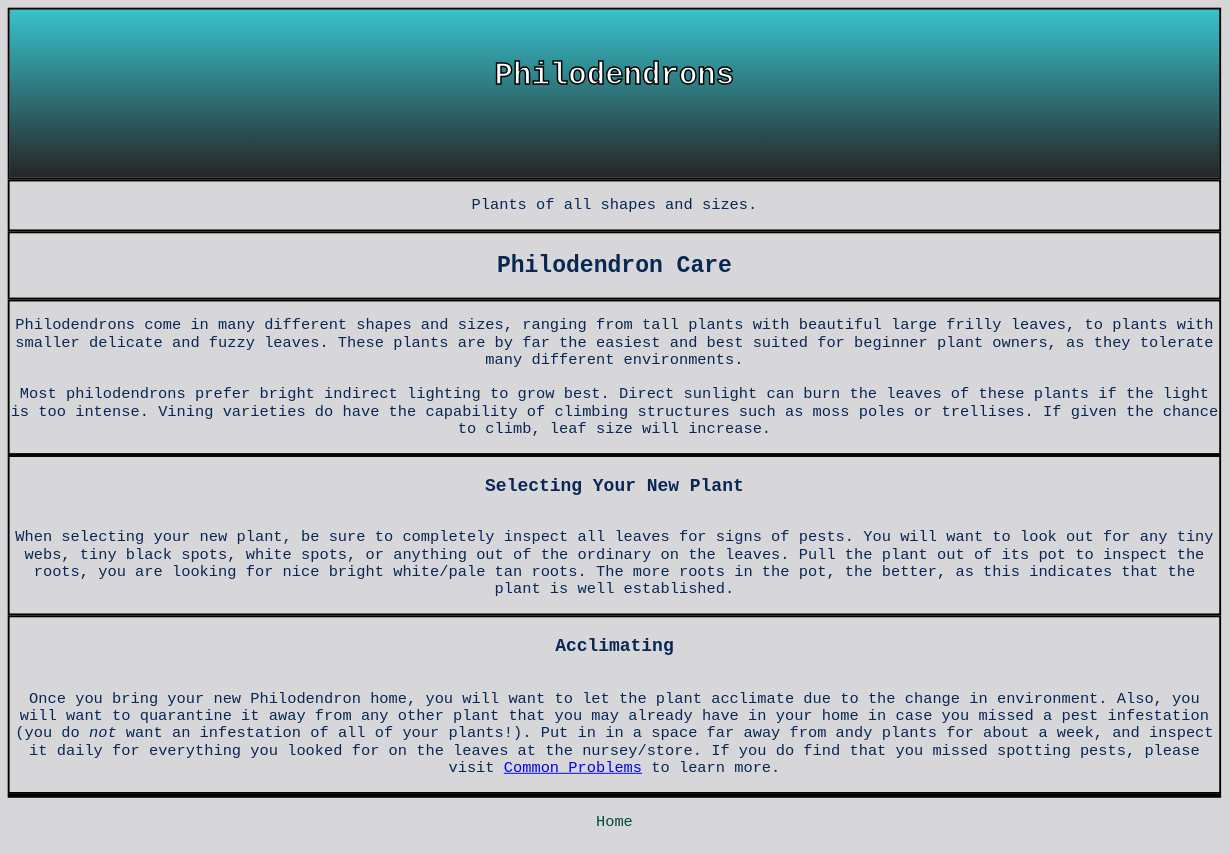
Repository: swillis91/odin-recipies
Page: Planty Page/philodendrons.html
These files come from the project's save history. The page is drawn as it stood at one moment and after the next save; the edit follows.
The browser window is 1280 px wide. The pictures show the whole page, at 96% of full size.

Above is the page before, as saved 2023-08-14 23:48:44.

### Planty Page/philodendrons.html
<!DOCTYPE html>
    <html>
        <head>
            <title>Calatheas</title>
            <link href="style.css" rel="stylesheet"
        </head>
        <body>
            <div class="Header">
            <h1 class="heading">Philodendrons</h1>
            </div>
            <div class="box">
              <p>Plants of all shapes and sizes.</p>
            </div>
            <div class="box">
            <h2 class="species">Philodendron Care</h2>
            </div>
            <div class="box">
                <p class="care">Philodendrons come in many different shapes and sizes, ranging from tall plants with beautiful large frilly leaves, to plants with smaller delicate and fuzzy leaves. These plants are by far the easiest and best suited for beginner plant owners, as they tolerate many different environments.
                <br>
                <br>
                Most philodendrons prefer bright indirect lighting to grow best. Direct sunlight can burn the leaves of these plants if the light is too intense. Vining varieties do have the capability of climbing structures such as moss poles or trellises. If given the chance to climb, leaf size will increase.</p>
            </div>
            <div class="box">
                <h3>Selecting Your New Plant</h3>
                <p>When selecting your new plant, be sure to completely inspect all leaves for signs of pests. You will want to look out for any tiny webs, tiny black spots, white spots, or anything out of the ordinary on the leaves. Pull the plant out of its pot to inspect the roots, you are looking for nice bright white/pale tan roots. The more roots in the pot, the better, as this indicates that the plant is well established.</p>
            </div>
            <div class="box">
                <h3>Acclimating</h3>
                <p>Once you bring your new Philodendron home, you will want to let the plant acclimate due to the change in environment. Also, you will want to quarantine it away from any other plant that you may already have in your home in case you missed a pest infestation (you do <em>not</em> want an infestation of all of your plants!). Put in in a space far away from andy plants for about a week, and inspect it daily for everything you looked for on the leaves at the nursey/store. If you do find that you missed spotting pests, please visit <a href='./problems'>Common Problems</a> to learn more.</p>
            </div>
            <div class="box">

            </div>
              </p>
                <!--img src="./Images/makoyana.webp" id="calathea makoyana" width="700px"-->
            <footer>
                <nav>
                    <a href="./index.html" class="navigation">Home</a>

                </nav>
            </footer>
        </body>
    </html>

### Planty Page/style.css
body{
    background-color: rgb(215, 215, 217);
    color:rgb(8, 39, 85);
    text-align: center;
    font-family: 'Permanent Marker', cursive;
    font-family: 'Space Mono', monospace;
}

.heading{
    color: rgb(0, 0, 0);
    -webkit-text-fill-color: rgb(255, 255, 255);
    -webkit-text-stroke-width: 1.5px;
    -webkit-text-stroke-color: rgb(0, 0, 0);
    text-transform: capitalize;
    border: 2px solid rgb(0, 3, 3);
    background-image: linear-gradient(rgba(15, 189, 201, 0.795), rgba(0, 0, 0, 0.827));
    height: 75px;
    margin: 0 auto;
    padding:50px 20px;

}

div.box{
    border:2px solid black;
    display: flex;
    margin-left: auto;
    flex-direction:column;
    align-content: center;
}

#calathea-makoyana{
    width: 500px;
    Height: auto:
}

.navigation{
    color:rgb(1, 75, 56);
    text-decoration: none;
}

a:hover{
    color: rgb(20, 220, 2);
    background-color: rgb(5, 55, 1);
}

After the next save:
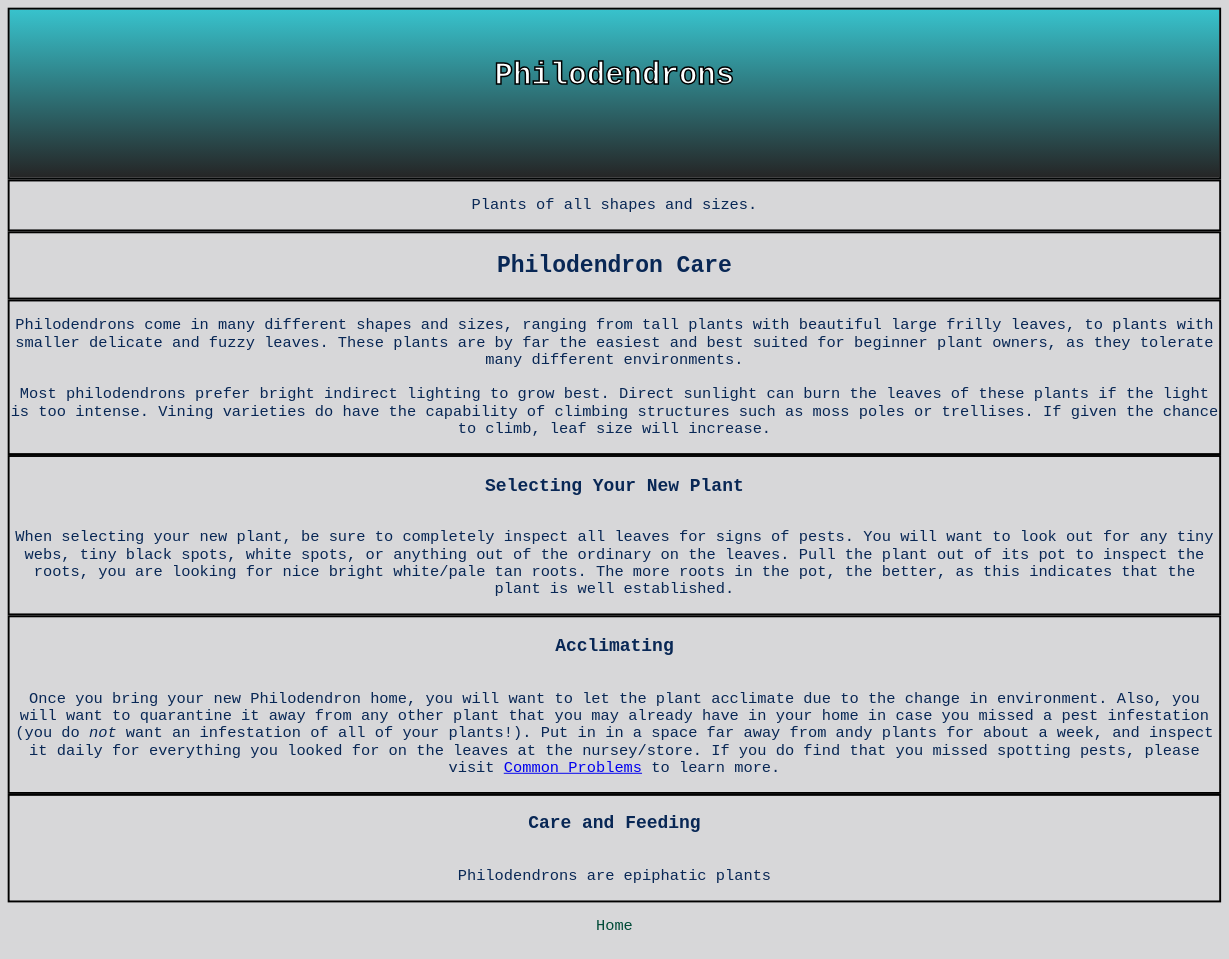
Saved 48 s later.
--- a/Planty Page/philodendrons.html
+++ b/Planty Page/philodendrons.html
@@ -29,7 +29,8 @@
                 <p>Once you bring your new Philodendron home, you will want to let the plant acclimate due to the change in environment. Also, you will want to quarantine it away from any other plant that you may already have in your home in case you missed a pest infestation (you do <em>not</em> want an infestation of all of your plants!). Put in in a space far away from andy plants for about a week, and inspect it daily for everything you looked for on the leaves at the nursey/store. If you do find that you missed spotting pests, please visit <a href='./problems'>Common Problems</a> to learn more.</p>
             </div>
             <div class="box">
-
+                <h3>Care and Feeding</h3>
+                    <p>Philodendrons are epiphatic plants</p>
             </div>
               </p>
                 <!--img src="./Images/makoyana.webp" id="calathea makoyana" width="700px"-->
